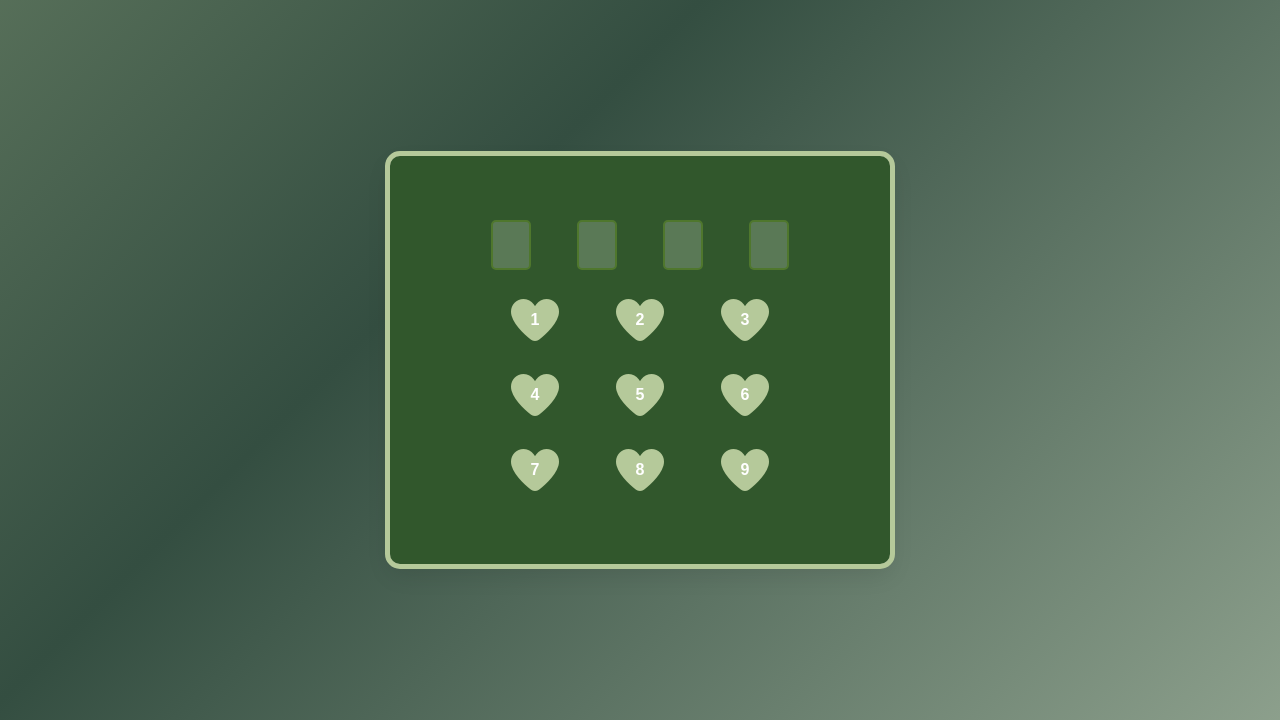
Repository: jahatesu/project-cutie
Page: index.html
The author's editor kept a copy of each file at every save. The page is drawn from the files as they stood at one save, then again after the next save.
The browser window is 1280 px wide. The pictures show the whole page.
Some web libraries are served in a nearby version.

Above is the page before, as saved 2025-08-14 23:49:12.
Console error: TypeError: Cannot read properties of null (reading 'getBoundingClientRect')

After the next save:
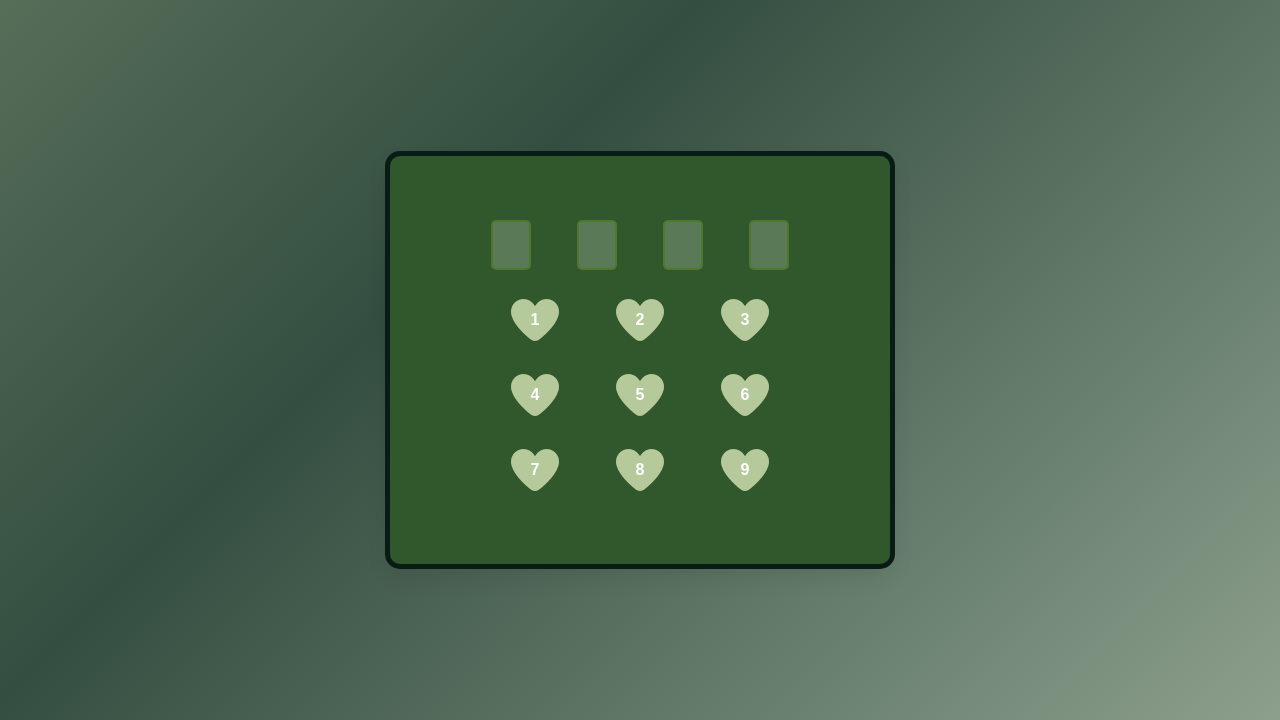
Saved 19 s later.
--- a/style.css
+++ b/style.css
@@ -54,7 +54,7 @@ body {
     box-shadow: 0 10px 25px rgba(0,0,0,0.1);
     flex-direction: column;
     text-align: center;
-    outline: 5px solid #b5c99a;
+    outline: 5px solid #081c15;
 }
 
 .pin-display{
